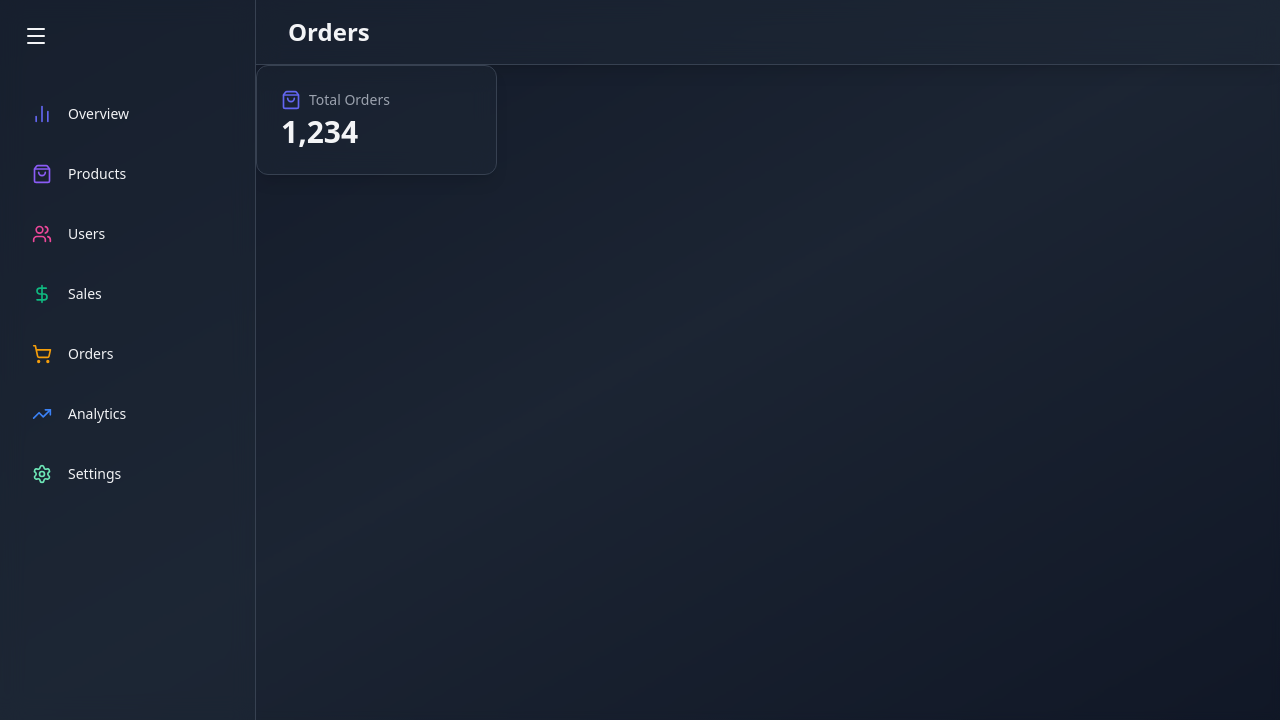
Repository: Abdirabi11/React-dashboard
Page: /orders
These files come from the project's save history. The page is drawn as it stood at one moment and after a run of saves; the edit follows.
The browser window is 1280 px wide. The pictures show the whole page.
The project was rebuilt for these pictures with package versions that can differ from the ones it lists, and the page was loaded fresh each time. Also part of the build but not shown: vite.config.js, src/components/overview/SalesOverviewChart.jsx, src/components/overview/CategoryDistributionChart.jsx, src/components/overview/SalesChannelChart.jsx, src/pages/OverviewPage.jsx, src/components/products/SalesTrendChart.jsx, src/components/products/ProductsTable.jsx, src/pages/ProductsPage.jsx and 11 more.

Above is the page before, as saved 2025-07-19 10:45:12.

After the next 2 saves:
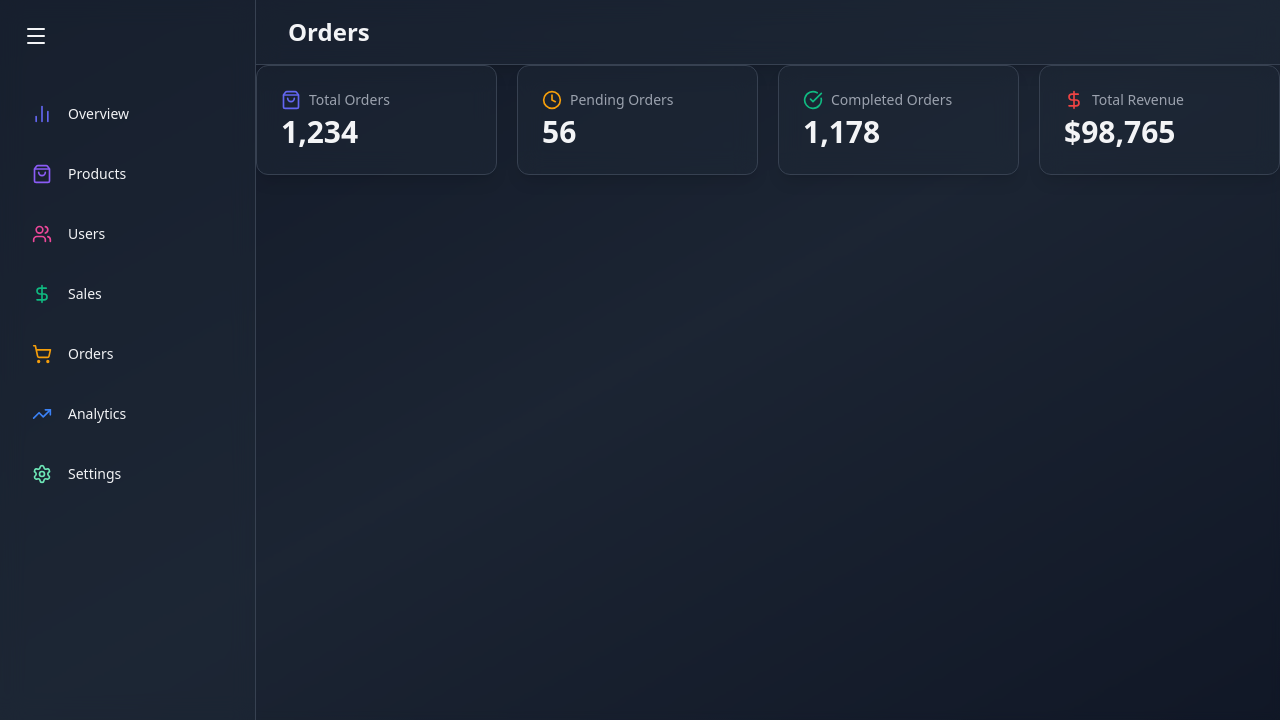
The 2 saves are shown as one change because they came seconds apart.
The last was saved 23 s later.
--- a/src/pages/OrdersPage.jsx
+++ b/src/pages/OrdersPage.jsx
@@ -26,6 +26,14 @@ const OrdersPage = () => {
 				 transition={{ duration: 1 }}
 				>
 					<StatCard name='Total Orders' icon={ShoppingBag} value={orderStats.totalOrders} color='#6366F1' />
+					<StatCard name='Pending Orders' icon={Clock} value={orderStats.pendingOrders} color='#F59E0B' />
+					<StatCard
+						name='Completed Orders'
+						icon={CheckCircle}
+						value={orderStats.completedOrders}
+						color='#10B981'
+					/>
+					<StatCard name='Total Revenue' icon={DollarSign} value={orderStats.totalRevenue} color='#EF4444' />
 				</motion.div>
 			</main>
 		</div>
